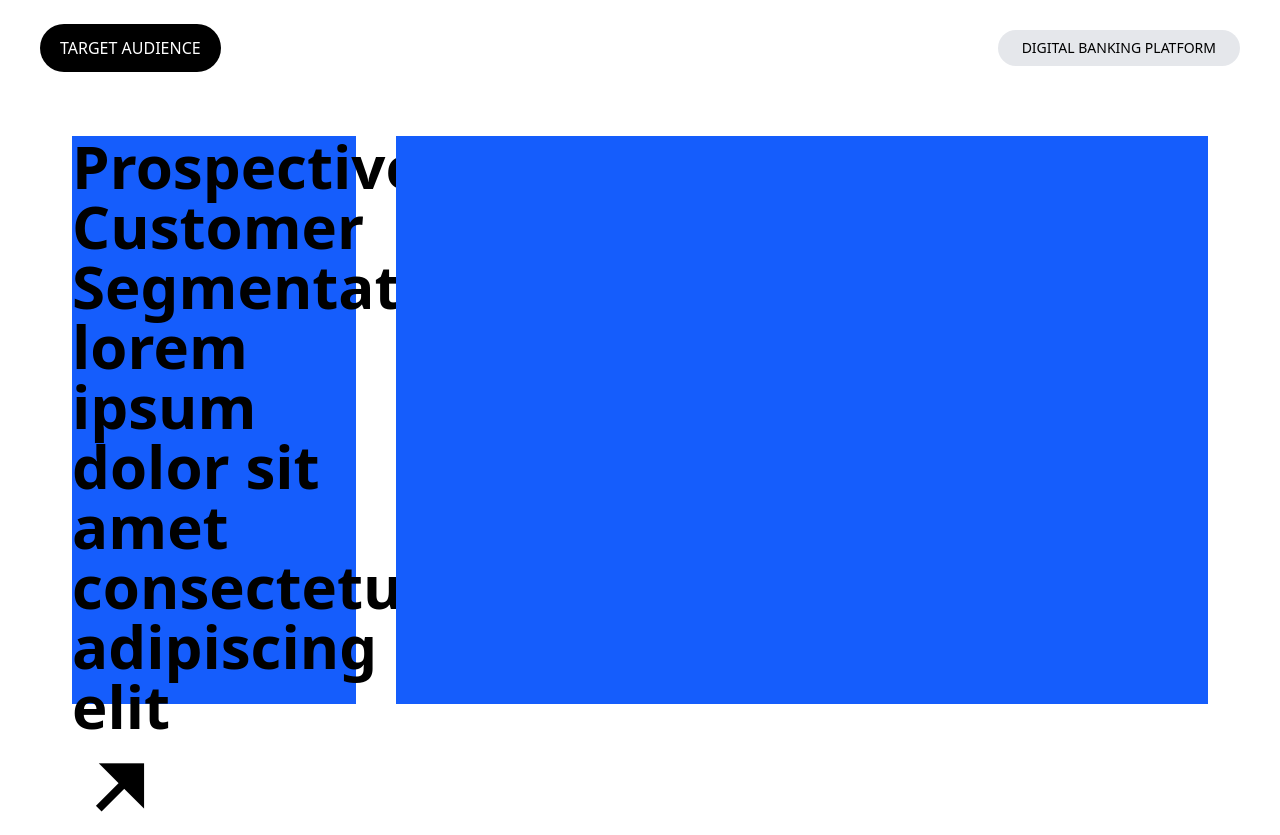
Repository: Mohitkumar1322/ReactTut
Page: / (app in projectSher1/)
These files come from the project's save history. The page is drawn as it stood at one moment and after a run of saves; the edit follows.
The browser window is 1280 px wide. The pictures show the whole page.
The project was rebuilt for these pictures with package versions that can differ from the ones it lists, and the page was loaded fresh each time. Also part of the build but not shown: projectSher1/vite.config.js.

Above is the page before, as saved 2025-11-16 14:07:42.

### projectSher1/src/App.jsx
import React from 'react'
import Section1 from './components/Section1/Section1'
import Section2 from './components/Section2/Section2'

export default function App() {
  return (
    <div>
      <Section1 />
      <Section2 />
    </div>
  )
}

### projectSher1/src/components/Section1/Section1.jsx
import React from 'react'
import Navbar from './Navbar'
import Page1Content from './Page1Content'

const Section1 = () => {
  return (
    <div>
      <Navbar />
      <Page1Content />
    </div>
  )
}

export default Section1

### projectSher1/src/components/Section2/Section2.jsx
import React from 'react'

const Section2 = () => {
  return (
    <div >


    </div>
  )
}

export default Section2

### projectSher1/src/components/Section1/Navbar.jsx
import React from 'react'

const Navbar = () => {
  return (
    <div className='flex justify-between items-center py-6 px-10 '>
        <h4 className='bg-black text-white px-5 py-3 uppercase rounded-full '>Target Audience</h4>
        <button className='bg-gray-200 px-6 py-2 uppercase rounded-full text-sm'> Digital Banking Platform</button>

    </div>
  )
}

export default Navbar

### projectSher1/src/components/Section1/Page1Content.jsx
import React from 'react'
import LeftContent from './LeftContent'
import RightContent from './RightContent'

const Page1Content = () => {
  return (
    <div className='py-10 flex items-center gap-10 justify-between px-18 h-[90vh] '>

      <LeftContent />
      <RightContent />

    </div>
  )
}

export default Page1Content

### projectSher1/src/components/Section1/LeftContent.jsx
import React from 'react'

const LeftContent = () => {
  return (
    <div className='h-full w-1/4 bg-blue-600  '>
      <div className='text-6xl font-bold'>
        <h3>
            Prospective<br></br> <span>Customer</span> <br />Segmentation
        </h3>
        <p>lorem ipsum dolor sit amet consectetur adipiscing elit
        </p>
      </div>
      <div className='text-8xl'>
        <i className="ri-arrow-right-up-fill"></i>
      </div>
    </div>
  )
}

export default LeftContent

### projectSher1/src/components/Section1/RightContent.jsx
import React from 'react'
import 'remixicon/fonts/remixicon.css';

const RightContent = () => {
  return (
    <div className='h-full w-3/4 bg-blue-600'>

    </div>
  )
}

export default RightContent

Loaded but not shown: projectSher1/index.html (common file); projectSher1/src/main.jsx (common file); projectSher1/src/index.css (common file)

After the next 3 saves:
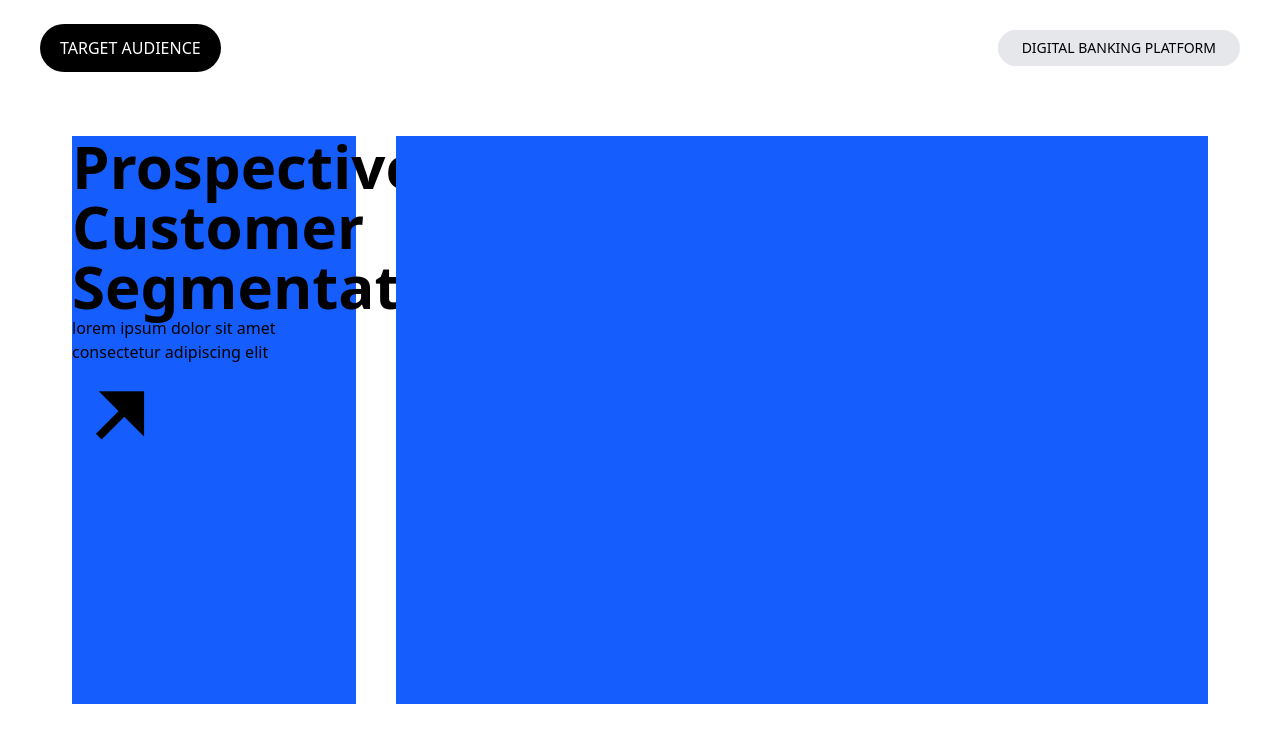
The 3 saves are shown as one change because they came seconds apart.
The last was saved 14 s later.
--- a/projectSher1/src/components/Section1/LeftContent.jsx
+++ b/projectSher1/src/components/Section1/LeftContent.jsx
@@ -3,8 +3,8 @@ import React from 'react'
 const LeftContent = () => {
   return (
     <div className='h-full w-1/4 bg-blue-600  '>
-      <div className='text-6xl font-bold'>
-        <h3>
+      <div >
+        <h3 className='text-6xl font-bold'>
             Prospective<br></br> <span>Customer</span> <br />Segmentation
         </h3>
         <p>lorem ipsum dolor sit amet consectetur adipiscing elit
